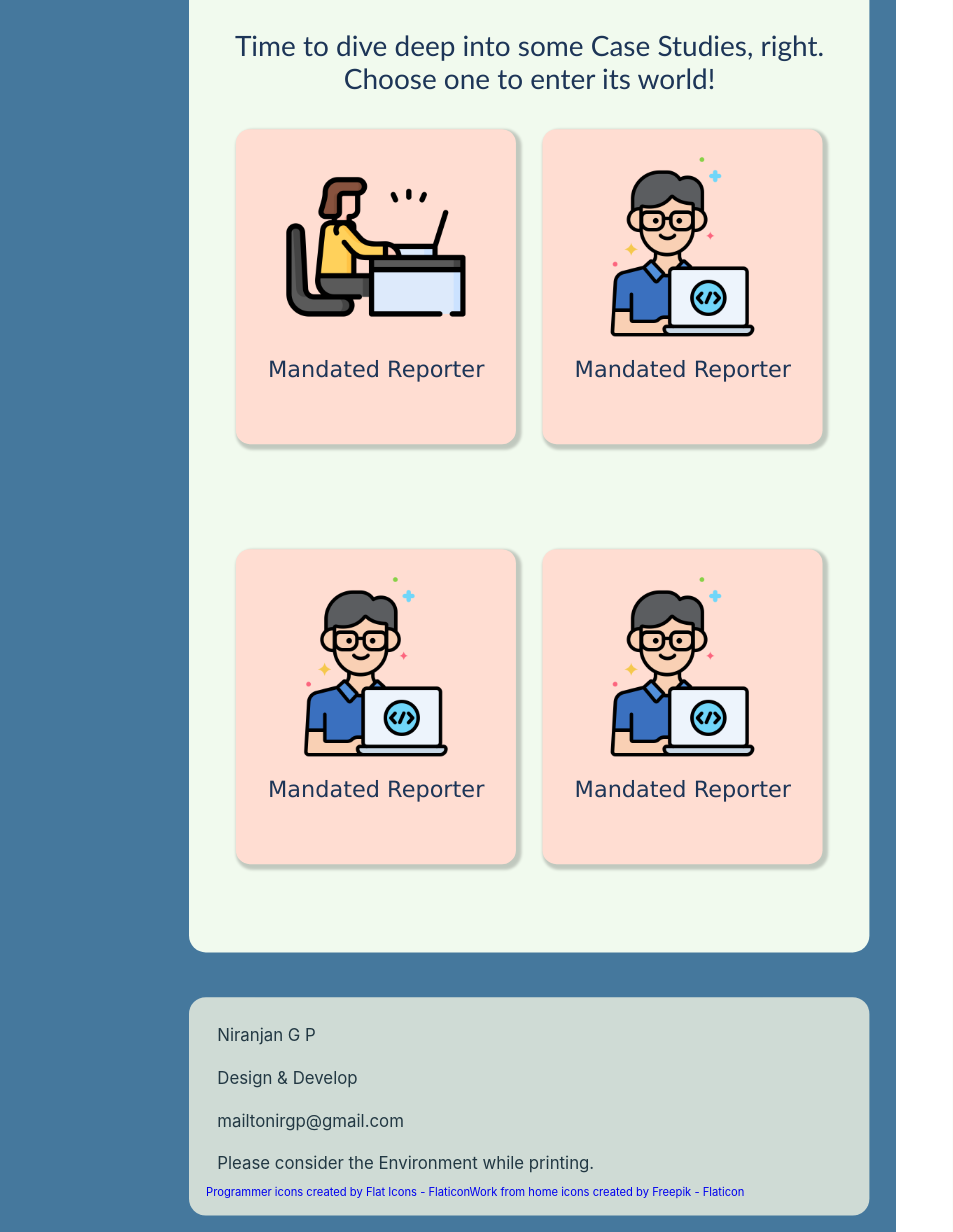
Repository: niranjangp/portfolioReact
Page: /
An editor plug-in stored every save of this project. The page is shown before and after the next save, followed by the edit.
The browser window is 1280 px wide. The page is 1361 px wide, so the pictures cover 1361 px, including what lies to the right of the window. The pictures show the part of the page from y = 1432 to 3192 px (the page is 3192 px tall before and 3070 px after), at 70% of full size.
The project was rebuilt for these pictures with package versions that can differ from the ones it lists, and the page was loaded fresh each time. Also part of the build but not shown: src/pages/csOne.jsx, src/pages/notFound.jsx.

Above is the page before, as saved 2022-02-01 01:27:19.

### public/index.html
<!DOCTYPE html>
<html lang="en">
  <head>
    <meta charset="utf-8" />
    <!--<link rel="icon" href="%PUBLIC_URL%/favicon.ico" />-->
    <meta name="viewport" content="width=device-width, initial-scale=1" />
    <meta name="theme-color" content="#000000" />
    <meta
      name="description"
      content="Web site created using create-react-app"
    />
    <!--<link rel="apple-touch-icon" href="%PUBLIC_URL%/logo192.png" />-->
    <!--
      manifest.json provides metadata used when your web app is installed on a
      user's mobile device or desktop. See https://developers.google.com/web/fundamentals/web-app-manifest/
    -->
    <link rel="manifest" href="%PUBLIC_URL%/manifest.json" />
    <!--
      Notice the use of %PUBLIC_URL% in the tags above.
      It will be replaced with the URL of the `public` folder during the build.
      Only files inside the `public` folder can be referenced from the HTML.

      Unlike "/favicon.ico" or "favicon.ico", "%PUBLIC_URL%/favicon.ico" will
      work correctly both with client-side routing and a non-root public URL.
      Learn how to configure a non-root public URL by running `npm run build`.
    -->
    <title>Portfolio</title>
  </head>
  <body>
    <noscript>You need to enable JavaScript to run this app.</noscript>
    <div id="root"></div>
    <!--
      This HTML file is a template.
      If you open it directly in the browser, you will see an empty page.

      You can add webfonts, meta tags, or analytics to this file.
      The build step will place the bundled scripts into the <body> tag.

      To begin the development, run `npm start` or `yarn start`.
      To create a production bundle, use `npm run build` or `yarn build`.
    -->
  </body>
</html>

### src/index.css
body {
  margin: 0;
  font-family: -apple-system, BlinkMacSystemFont, 'Segoe UI', 'Roboto', 'Oxygen',
    'Ubuntu', 'Cantarell', 'Fira Sans', 'Droid Sans', 'Helvetica Neue',
    sans-serif;
  -webkit-font-smoothing: antialiased;
  -moz-osx-font-smoothing: grayscale;
  box-sizing: border-box;
}

code {
  font-family: source-code-pro, Menlo, Monaco, Consolas, 'Courier New',
    monospace;
}

p {
  margin: 0;
}

### src/App.js
import './App.css';

import { Route, NavLink, Switch, Redirect } from 'react-router-dom';
import EnterTheDesign from './pages/enterDesign';
import CSOne from './pages/csOne';
import NotFound from './pages/notFound';

function App() {
  const flatIconLink = "https://www.flaticon.com/free-icons/programmer";
  const wfhIconLink = "https://www.flaticon.com/free-icons/work-from-home";


  return (
    <div className='App'>
      <div className="containerOne">
        <nav className='navigation'>
          <div className='navDiv'>
            <NavLink activeClassName="nav-link active" className="nav-link" to="/enter-the-design">Take me Home!</NavLink>
          </div>
          <div className='navDiv'>
            <NavLink activeClassName="nav-link active" className="nav-link" to="/cs-one">Case Study 1</NavLink>
          </div>
          <div className='navDiv'>
            <NavLink activeClassName="nav-link active" className="nav-link" to="/cs-two">Case t'w'o Study</NavLink>
          </div>
          <div className='navDiv'>
            <NavLink activeClassName="nav-link active" className="nav-link" to="/cs-three">Case Study the third</NavLink>
          </div>
          <div className='navDiv'>
            <NavLink activeClassName="nav-link active" className="nav-link" to="/cs-three">Case Study IV</NavLink>
          </div>
        </nav>
        <main className='mainOne'>
          <Switch>
            <Route exact path="/" ><Redirect to="/enter-the-design" /></Route>
            <Route path="/enter-the-design" ><EnterTheDesign /></Route>
            <Route exact path="/cs-one" ><CSOne /></Route>

            <Route path="*"><NotFound /></Route>
          </Switch>
          {/*<div className='firstRow'>
            <div className="width-60">
              <p className='fr-info'>NIRANJAN G P, IS A UI DEVELOPER AT DELOITTE USI</p>
            </div>
            <div className="width-40 img-block">
              <img src={avatarIcon} alt="avatar-icon" className='avtr-img' />
            </div>
          </div>
          <div className='sec-row'>
            <p>Hi, this is Niranjan.</p>
            <p>I Joined Deloitte USI as a campus recruit. Since then I've been part of many innovative and high-intensity projects, coordinating between multiple virtual teams to help complete client deliverables.</p>
            <p>I've been part of the FRONT-END community since 2017 and constantly learning and developing UI and gradually having a go at UX design parallely.</p>
            <p>Currently based in Bengaluru, I have a big love for travel and adventure, also keeping in mind to do my bit to conserve the environment.</p>
            <p>Thanks for stopping by.</p>
          </div>*/}

        </main>
        <footer>
          <div className='footer-info'>
            <p>Niranjan G P</p>
            <p>Design & Develop</p>
            <p>mailtonirgp@gmail.com</p>
            <p>Please consider the Environment while printing.</p>
          </div>
          <div className='credits'>
            <a href={flatIconLink} title="programmer icons">Programmer icons created by Flat Icons - Flaticon</a>
            <a href={wfhIconLink} title="work from home icons">Work from home icons created by Freepik - Flaticon</a>
          </div>
        </footer>
      </div>

    </div>
  );
}

export default App;

### src/App.css
.containerOne {
  background-color: #45789d;
  padding: 24px;
  position: relative;
}

.mainOne {
  width: 75%;
  margin-left: 20%;
  background-color: #F1FAEE;
  height: 100%;
  border-radius: 1.5rem;
  padding:24px;
}

.navigation {
  position: absolute;
  top: 24px;
  left: 24px;
  width: 15%;
  height: 660px;
  background-color: #F1FAEE;
  border-radius: 1.5rem;
  padding: 64px 24px 24px;
}

.navDiv {
  padding: 16px 0;
  text-align: center;
}

.nav-link {
  font-size: 24px;
  text-decoration: none;
  color: #1d3557;
}

.nav-link.active {
  color: #2a9d8f;
  font-weight: bold;
  border-bottom: 4px solid #2a9d8f;
}

.fr-info {
  font-size: 3rem;
  font-family:'Gill Sans', 'Gill Sans MT', Calibri, 'Trebuchet MS', sans-serif;
  padding: 24px 24px 24px 48px;
  color: #1d3557;
}

.firstRow {
  display: flex;
  align-items: center;
  padding: 64px 0;
}

.width-60 {
  width: 60%;
}

.width-40 {
  width: 40%;
}

.fullWidth {
  width: 100%;
}

.img-block {
  text-align: center;
}

.sec-row {
  background-color: #1d3557;
  color: #f1faee;
  border-radius: 0.75rem;
  padding: 64px;
  font-family: 'Lucida Sans', 'Lucida Sans Regular', 'Lucida Grande', 'Lucida Sans Unicode', Geneva, Verdana, sans-serif;
  font-size: 28px;
  text-align: justify;
}

.sec-row p {
  padding: 16px;
}

.centered {
  margin: 3rem auto;
  text-align: center;
  display: flex;
  justify-content: center;
  align-items: center;
}

.linkSel {
  text-decoration: underline;
  font-weight: bold;
}

.third-row {
  display: flex;
  flex-wrap: wrap;
  padding: 96px 24px 0;
}

.card-box {
  width: 50%;
  text-align: center;
  height: 600px;
}

.card {
  width: 400px;
  height: 450px;
  background-color: #ffddd2;
  border-radius: 20px;
  box-shadow: 4px 4px 4px 4px rgba(0, 0, 0, 0.2);
  margin: 3rem auto;
  flex-grow: 1;
  flex-shrink: 1;
  transition: width 500ms ease 0s;
}

.card:hover {
  box-shadow: 4px 4px 4px 8px rgba(0, 0, 0, 0.2);
  width: 420px;
  height: 470px;
  cursor: pointer;
}

.card a {
  text-decoration: none;
}

.card p {
  font-size: 32px;
  padding: 24px;
  color: #1d3557;
  font-family: Verdana, Geneva, Tahoma, sans-serif;
}

.card-icon {
  width: 256px;
  margin-top: 40px;
}

.intro-cs {
  text-align: center;
  font-size: 40px;
  color: #1d3557;
  font-family:'Trebuchet MS', 'Lucida Sans Unicode', 'Lucida Grande', 'Lucida Sans', Arial, sans-serif;
}

footer {
  width: 75%;
  margin-left: 20%;
  background-color: #cfdbd5;
  height: 100%;
  border-radius: 1.5rem;
  padding:24px;
  margin-top: 64px;
  color: #223843;
}
.footer-info {
  font-size: 1.5rem;
}

.footer-info p {
  padding: 1rem;
}

.credits a {
  text-decoration: none;
}

/*.containerOne {
  background-color: #F1FAEE;
}
.mainOne {
  background-color: #a8dadc;
  width: 75%;
  margin-left: 20%;
  /-*background-color: #45789d;*-/
  height: 660px;
}

.p1 {
  color: #1d3557;
}
.p2 {
  color: #f1faee;
}*/

/*.App-logo {
  height: 40vmin;
  pointer-events: none;
}

@media (prefers-reduced-motion: no-preference) {
  .App-logo {
    animation: App-logo-spin infinite 20s linear;
  }
}

.App-header {
  background-color: #282c34;
  min-height: 100vh;
  display: flex;
  flex-direction: column;
  align-items: center;
  justify-content: center;
  font-size: calc(10px + 2vmin);
  color: white;
}

.App-link {
  color: #61dafb;
}*/

@keyframes App-logo-spin {
  from {
    transform: rotate(0deg);
  }
  to {
    transform: rotate(360deg);
  }
}

### src/pages/enterDesign.jsx
import React from 'react';
import Icons from '../assets/programmer.png';
import WorkingIcon from '../assets/working.png';
import { Link } from 'react-router-dom';


const enterDesign = () => {
    const avatarIcon = Icons;

    const navtoCardDet = () => {
        try {
            console.log('inside card det func');
        } catch (e) {
            console.log('Error in navToCardDet', e.stack());
        }
    }

    return (
        <React.Fragment>
            <div className='firstRow'>
                <div className="width-60">
                    <p className='fr-info'>NIRANJAN G P, IS A UI DEVELOPER AT DELOITTE USI</p>
                </div>
                <div className="width-40 img-block">
                    <img src={avatarIcon} alt="avatar-icon" className='avtr-img' />
                </div>
            </div>
            <div className='sec-row'>
                <p>Hi, this is Niranjan.</p>
                <p>I Joined Deloitte USI as a campus recruit. Since then I've been part of many innovative and high-intensity projects, coordinating between multiple virtual teams to help complete client deliverables.</p>
                <p>I've been part of the FRONT-END community since 2017 and constantly learning and developing UI and gradually having a go at UX design parallely.</p>
                <p>Currently based in Bengaluru, I have a big love for travel and adventure, also keeping in mind to do my bit to conserve the environment.</p>
                <p>Thanks for stopping by.</p>
            </div>
            <div className='third-row'>
                <div className='fullWidth intro-cs'>
                    <p>Time to dive deep into some Case Studies, right.</p>
                    <p>Choose one to enter its world!</p>
                </div>
                <div className='card-box'>
                    <div className="card">
                        <Link to="/cs-one">
                            <img src={WorkingIcon} alt="card-icon" className='card-icon' />
                            <p>Mandated Reporter</p>
                            {/*<p>Click to Enter!!!</p>*/}
                        </Link>
                    </div>
                </div>
                <div className='card-box'>
                    <div className="card" onClick={navtoCardDet}>
                        <img src={avatarIcon} alt="card-icon" className='card-icon' />
                        <p>Mandated Reporter</p>
                    </div>
                </div>
                <div className='card-box'>
                    <div className="card" onClick={navtoCardDet}>
                        <img src={avatarIcon} alt="card-icon" className='card-icon' />
                        <p>Mandated Reporter</p>
                    </div>
                </div>
                <div className='card-box'>
                    <div className="card" onClick={navtoCardDet}>
                        <img src={avatarIcon} alt="card-icon" className='card-icon' />
                        <p>Mandated Reporter</p>
                    </div>
                </div>
            </div>
        </React.Fragment>
    )
};

export default enterDesign;

Loaded but not shown: src/index.js (common file); src/reportWebVitals.js (common file)

After the next save:
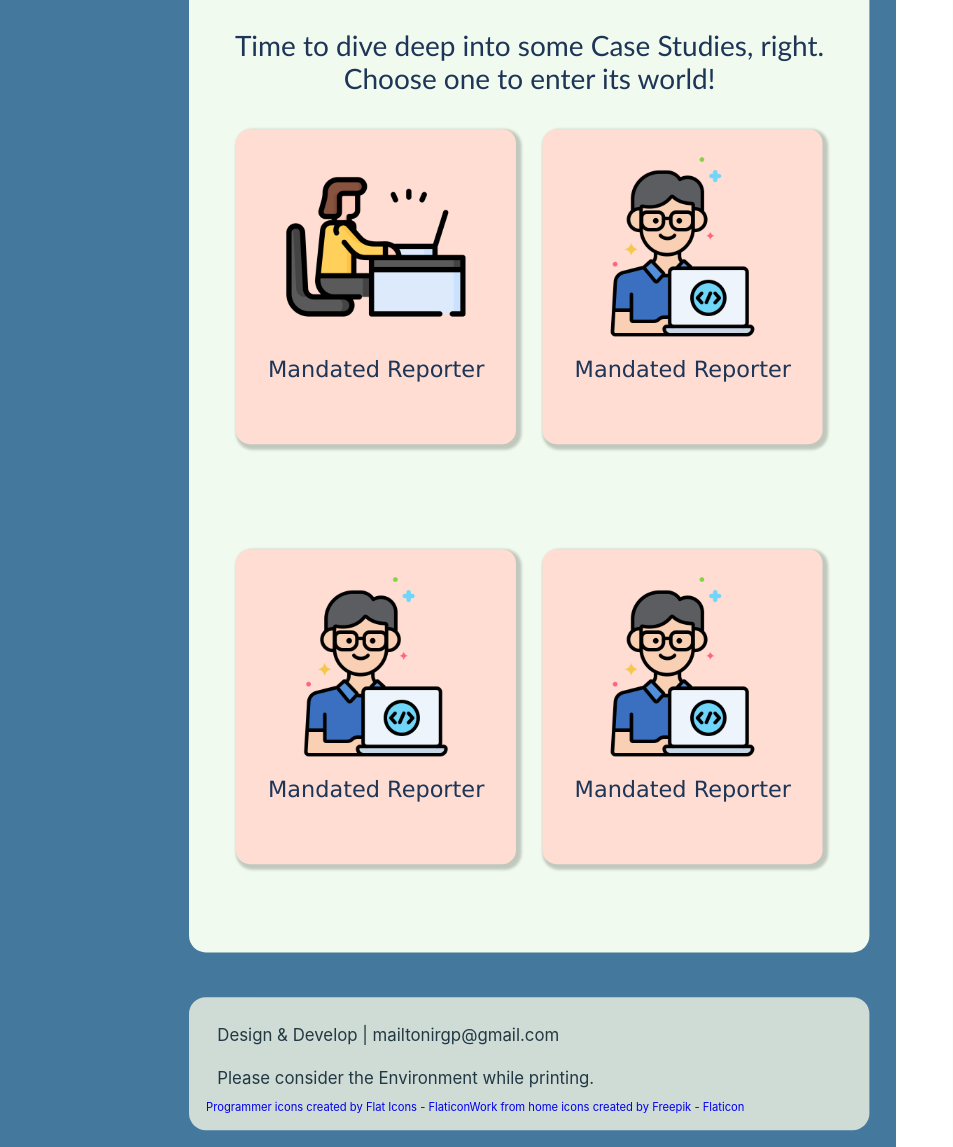
Saved 2 min 25 s later.
--- a/src/App.js
+++ b/src/App.js
@@ -57,9 +57,8 @@ function App() {
         </main>
         <footer>
           <div className='footer-info'>
-            <p>Niranjan G P</p>
-            <p>Design & Develop</p>
-            <p>mailtonirgp@gmail.com</p>
+            {/*<p>Niranjan G P</p>*/}
+            <p>Design & Develop    |   mailtonirgp@gmail.com</p>
             <p>Please consider the Environment while printing.</p>
           </div>
           <div className='credits'>
